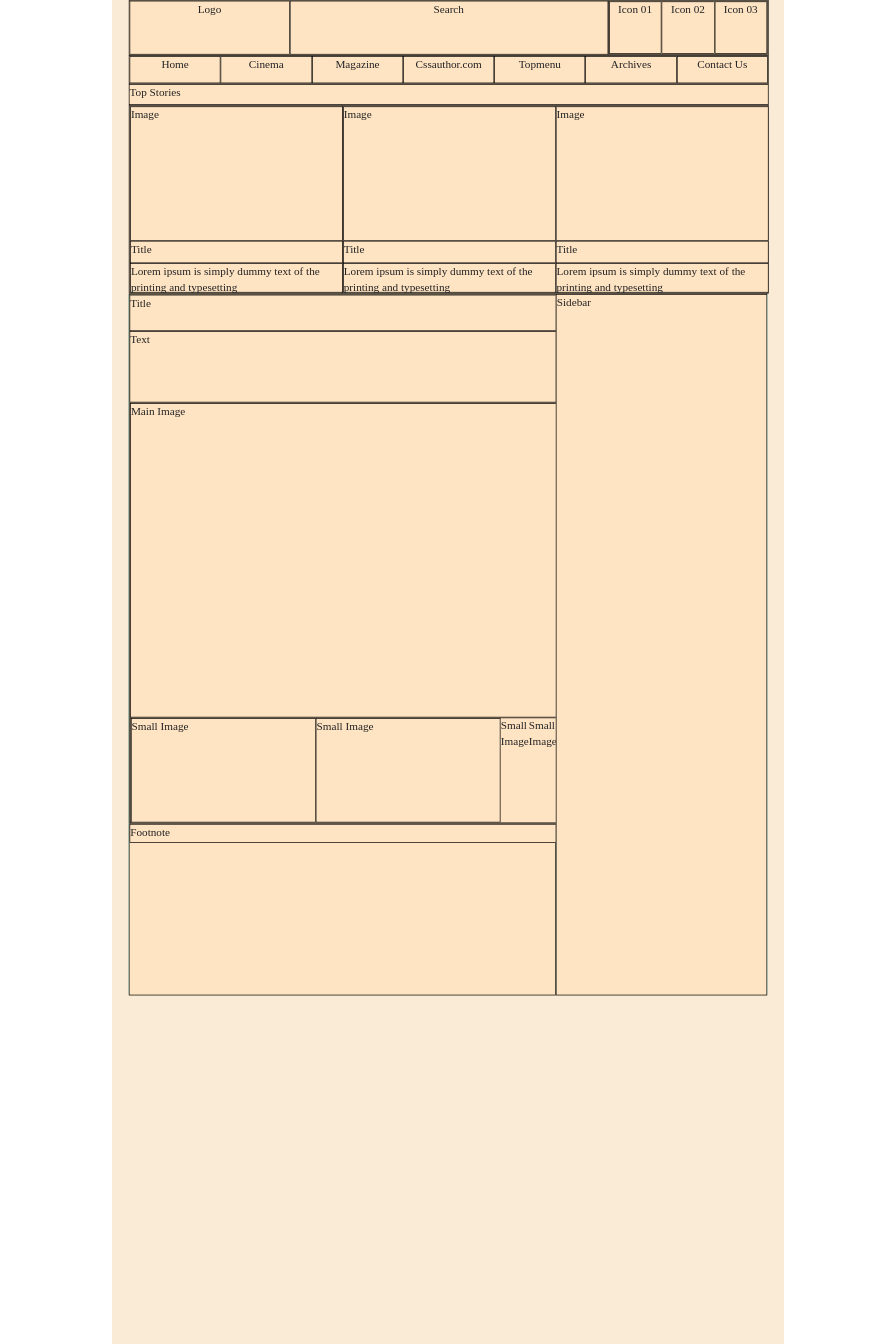
Repository: giovanabirck/cover-magazine-giovanabirck
Page: index.html
The author's editor kept a copy of each file at every save. The page is drawn from the files as they stood at one save, then again after a run of saves.
The browser window is 1280 px wide. The pictures show the part of the page from y = 0 to 1920 px (the page is 5000 px tall), at 70% of full size.

Above is the page before, as saved 2023-01-14 10:56:58.

### index.html
<!doctype html>
<html class="no-js" lang="">

<head>
  <meta charset="utf-8">
  <title></title>
  <meta name="description" content="">
  <meta name="viewport" content="width=device-width, initial-scale=1">

  <meta property="og:title" content="">
  <meta property="og:type" content="">
  <meta property="og:url" content="">
  <meta property="og:image" content="">

  <link rel="manifest" href="site.webmanifest">
  <link rel="apple-touch-icon" href="icon.png">
  <!-- Place favicon.ico in the root directory -->

  <link rel="stylesheet" href="css/normalize.css">
  <link rel="stylesheet" href="css/main.css">

  <meta name="theme-color" content="#fafafa">
</head>

<body>

  <div class="main-container">

    <div class="header">
      <div class="header-content">
        <div class="header-content-logo">Logo</div>
        <div class="header-content-search">Search</div>
        <div class="header-content-icons">
          <div class="header-content-icons-un">Icon 01</div>
          <div class="header-content-icons-un">Icon 02</div>
          <div class="header-content-icons-un">Icon 03</div>
        </div>
      </div>
      <div class="header-menu">
        <div class="header-menu-un">Home</div>
        <div class="header-menu-un">Cinema</div>
        <div class="header-menu-un">Magazine</div>
        <div class="header-menu-un">Cssauthor.com</div>
        <div class="header-menu-un">Topmenu</div>
        <div class="header-menu-un">Archives</div>
        <div class="header-menu-un">Contact Us</div>
      </div>
    </div>

    <div class="featured">
      <div class="featured-h1">Top Stories</div>
      <div class="featured-stories">
        <div class="featured-stories-un">
          <div class="featured-stories-un-image">Image</div>
          <div class="featured-stories-un-title">Title</div>
          <div class="featured-stories-un-text">Lorem ipsum is simply dummy text of the printing and typesetting</div>
        </div>
        <div class="featured-stories-un">
          <div class="featured-stories-un-image">Image</div>
          <div class="featured-stories-un-title">Title</div>
          <div class="featured-stories-un-text">Lorem ipsum is simply dummy text of the printing and typesetting</div>
        </div>
        <div class="featured-stories-un">
          <div class="featured-stories-un-image">Image</div>
          <div class="featured-stories-un-title">Title</div>
          <div class="featured-stories-un-text">Lorem ipsum is simply dummy text of the printing and typesetting</div>
        </div>
      </div>
    </div>

    <div class="main">
      <div class="main-content">
        <div class="main-content-title">Title</div>
        <div class="main-content-text">Text</div>
        <div class="main-content-image">
          <div class="main-content-image-large">Main Image</div>
          <div class="main-content-image-small">
            <div class="main-content-image-small-un">Small Image</div>
            <div class="main-content-image-small-un">Small Image</div>
            <div >Small Image</div>
            <div>Small Image</div>
          </div>
        </div>
        <div class="main-content-footnote">Footnote</div>
      </div>
      <div class="main-side">Sidebar</div>
    </div>

  </div>

  <script src="js/vendor/modernizr-3.11.2.min.js"></script>
  <script src="js/plugins.js"></script>
  <script src="js/main.js"></script>

  <!-- Google Analytics: change UA-XXXXX-Y to be your site's ID. -->
  <script>
    window.ga = function () { ga.q.push(arguments) }; ga.q = []; ga.l = +new Date;
    ga('create', 'UA-XXXXX-Y', 'auto'); ga('set', 'anonymizeIp', true); ga('set', 'transport', 'beacon'); ga('send', 'pageview')
  </script>
  <script src="https://www.google-analytics.com/analytics.js" async></script>
</body>

</html>

### css/main.css
/*! HTML5 Boilerplate v8.0.0 | MIT License | https://html5boilerplate.com/ */

/* main.css 2.1.0 | MIT License | https://github.com/h5bp/main.css#readme */
/*
 * What follows is the result of much research on cross-browser styling.
 * Credit left inline and big thanks to Nicolas Gallagher, Jonathan Neal,
 * Kroc Camen, and the H5BP dev community and team.
 */

/* ==========================================================================
   Base styles: opinionated defaults
   ========================================================================== */

html {
  color: #222;
  font-size: 1em;
  line-height: 1.4;
  margin: 0px 160px 0px 160px;
}

/*
 * Remove text-shadow in selection highlight:
 * https://twitter.com/miketaylr/status/12228805301
 *
 * Vendor-prefixed and regular ::selection selectors cannot be combined:
 * https://stackoverflow.com/a/16982510/7133471
 *
 * Customize the background color to match your design.
 */

::-moz-selection {
  background: #b3d4fc;
  text-shadow: none;
}

::selection {
  background: #b3d4fc;
  text-shadow: none;
}

/*
 * A better looking default horizontal rule
 */

hr {
  display: block;
  height: 1px;
  border: 0;
  border-top: 1px solid #ccc;
  margin: 1em 0;
  padding: 0;
}

/*
 * Remove the gap between audio, canvas, iframes,
 * images, videos and the bottom of their containers:
 * https://github.com/h5bp/html5-boilerplate/issues/440
 */

audio,
canvas,
iframe,
img,
svg,
video {
  vertical-align: middle;
}

/*
 * Remove default fieldset styles.
 */

fieldset {
  border: 0;
  margin: 0;
  padding: 0;
}

/*
 * Allow only vertical resizing of textareas.
 */

textarea {
  resize: vertical;
}

/* ==========================================================================
   Author's custom styles
   ========================================================================== */

/* ==========================================================================
   Helper classes
   ========================================================================== */

/*
 * Hide visually and from screen readers
 */

.hidden,
[hidden] {
  display: none !important;
}

/*
 * Hide only visually, but have it available for screen readers:
 * https://snook.ca/archives/html_and_css/hiding-content-for-accessibility
 *
 * 1. For long content, line feeds are not interpreted as spaces and small width
 *    causes content to wrap 1 word per line:
 *    https://medium.com/@jessebeach/beware-smushed-off-screen-accessible-text-5952a4c2cbfe
 */

.sr-only {
  border: 0;
  clip: rect(0, 0, 0, 0);
  height: 1px;
  margin: -1px;
  overflow: hidden;
  padding: 0;
  position: absolute;
  white-space: nowrap;
  width: 1px;
  /* 1 */
}

/*
 * Extends the .sr-only class to allow the element
 * to be focusable when navigated to via the keyboard:
 * https://www.drupal.org/node/897638
 */

.sr-only.focusable:active,
.sr-only.focusable:focus {
  clip: auto;
  height: auto;
  margin: 0;
  overflow: visible;
  position: static;
  white-space: inherit;
  width: auto;
}

/*
 * Hide visually and from screen readers, but maintain layout
 */

.invisible {
  visibility: hidden;
}

/*
 * Clearfix: contain floats
 *
 * For modern browsers
 * 1. The space content is one way to avoid an Opera bug when the
 *    `contenteditable` attribute is included anywhere else in the document.
 *    Otherwise it causes space to appear at the top and bottom of elements
 *    that receive the `clearfix` class.
 * 2. The use of `table` rather than `block` is only necessary if using
 *    `:before` to contain the top-margins of child elements.
 */

.clearfix::before,
.clearfix::after {
  content: " ";
  display: table;
}

.clearfix::after {
  clear: both;
}

/* ==========================================================================
   EXAMPLE Media Queries for Responsive Design.
   These examples override the primary ('mobile first') styles.
   Modify as content requires.
   ========================================================================== */

@media only screen and (min-width: 35em) {
  /* Style adjustments for viewports that meet the condition */
}

@media print,
  (-webkit-min-device-pixel-ratio: 1.25),
  (min-resolution: 1.25dppx),
  (min-resolution: 120dpi) {
  /* Style adjustments for high resolution devices */
}

/* ==========================================================================
   Print styles.
   Inlined to avoid the additional HTTP request:
   https://www.phpied.com/delay-loading-your-print-css/
   ========================================================================== */

@media print {
  *,
  *::before,
  *::after {
    background: #fff !important;
    color: #000 !important;
    /* Black prints faster */
    box-shadow: none !important;
    text-shadow: none !important;
  }

  a,
  a:visited {
    text-decoration: underline;
  }

  a[href]::after {
    content: " (" attr(href) ")";
  }

  abbr[title]::after {
    content: " (" attr(title) ")";
  }

  /*
   * Don't show links that are fragment identifiers,
   * or use the `javascript:` pseudo protocol
   */
  a[href^="#"]::after,
  a[href^="javascript:"]::after {
    content: "";
  }

  pre {
    white-space: pre-wrap !important;
  }

  pre,
  blockquote {
    border: 1px solid #999;
    page-break-inside: avoid;
  }

  /*
   * Printing Tables:
   * https://web.archive.org/web/20180815150934/http://css-discuss.incutio.com/wiki/Printing_Tables
   */
  thead {
    display: table-header-group;
  }

  tr,
  img {
    page-break-inside: avoid;
  }

  p,
  h2,
  h3 {
    orphans: 3;
    widows: 3;
  }

  h2,
  h3 {
    page-break-after: avoid;
  }
}

.main-container{
  background-color: antiquewhite;
  width: 100%;
  height: 5000px;
  display: flex;
  flex-direction: column;
  align-items: center;
}

.header {
  width: 95%;
  height: 120px;
  display: flex;
  flex-direction: column;
  justify-content: center;
}

.header-content{
  background-color: bisque;
  border: solid 1px black;
  width: 100%;
  height: 80px;
  display: flex;
}

.header-content-logo{
  background-color: bisque;
  border: solid 1px black;
  width: 33%;
  text-align: center;
}

.header-content-search{
  background-color: bisque;
  border: solid 1px black;
  width: 66%;
  text-align: center;
}

.header-content-icons{
  background-color: bisque;
  border: solid 1px black;
  width: 33%;
  text-align: center;
  display: flex;
}

.header-content-icons-un{
  background-color: bisque;
  border: solid 1px black;
  width: 100%;
  text-align: center;
}

.header-menu{
  background-color: bisque;
  border: solid 1px black;
  width: 100%;
  height: 40px;
  text-align: center;
  display: flex;
}

.header-menu-un{
  background-color: bisque;
  border: solid 1px black;
  width: 100%;
  text-align: center;
}

.featured{
  width: 95%;
  height: 300px;
  display: flex;
  flex-direction: column;
}

.featured-h1{
  background-color: bisque;
  border: solid 1px black;
  width: 100%;
  height: 40px;
}

.featured-stories{
  background-color: bisque;
  border: solid 1px black;
  width: 100%;
  height: 300px;
  display: flex;
}

.featured-stories-un{
  background-color: bisque;
  border: solid 1px black;
  width: 100%;
}

.featured-stories-un-image{
  background-color: bisque;
  border: solid 1px black;
  width: 100%;
  height: 190px;
}

.featured-stories-un-title{
  background-color: bisque;
  border: solid 1px black;
  width: 100%;
  height: 30px;
}

.featured-stories-un-text{
  background-color: bisque;
  border: solid 1px black;
  width: 100%;
  height: 40px;
}

.main{
  background-color: aqua;
  width: 95%;
  height: 1000px;
  display: flex;
}

.main-content{
  background-color: bisque;
  border: solid 1px black;
  width: 67%;
  height: 1000px;
  display: flex;
  flex-direction: column;
}

.main-content-title{
  background-color: bisque;
  border: solid 1px black;
  width: 100%;
  height: 50px;
}

.main-content-text{
  background-color: bisque;
  border: solid 1px black;
  width: 100%;
  height: 100px;
}

.main-content-image{
  background-color: bisque;
  border: solid 1px black;
  width: 100%;
  height: 600px;
  display: flex;
  flex-direction: column;
}

.main-content-image-large{
  background-color: bisque;
  border: solid 1px black;
  width: 100%;
  height: 450px;
}

.main-content-image-small{
  background-color: bisque;
  border: solid 1px black;
  width: 100%;
  height: 150px;
  display: flex;
}

.main-content-image-small-un{
  background-color: bisque;
  border: solid 1px black;
  width: 100%;
}

.main-content-footnote{
  background-color: bisque;
  border: solid 1px black;
  width: 100%;
  height: 25px;
}

.main-side{
  background-color: bisque;
  border: solid 1px black;
  width: 33%;
  height: 1000px;
  display: flex;
}

### js/plugins.js
// Avoid `console` errors in browsers that lack a console.
(function() {
  var method;
  var noop = function () {};
  var methods = [
    'assert', 'clear', 'count', 'debug', 'dir', 'dirxml', 'error',
    'exception', 'group', 'groupCollapsed', 'groupEnd', 'info', 'log',
    'markTimeline', 'profile', 'profileEnd', 'table', 'time', 'timeEnd',
    'timeline', 'timelineEnd', 'timeStamp', 'trace', 'warn'
  ];
  var length = methods.length;
  var console = (window.console = window.console || {});

  while (length--) {
    method = methods[length];

    // Only stub undefined methods.
    if (!console[method]) {
      console[method] = noop;
    }
  }
}());

// Place any jQuery/helper plugins in here.

Loaded but not shown: css/normalize.css (library); js/vendor/modernizr-3.11.2.min.js (library); js/main.js (no stored copy; drawn as an empty file)

After the next 2 saves:
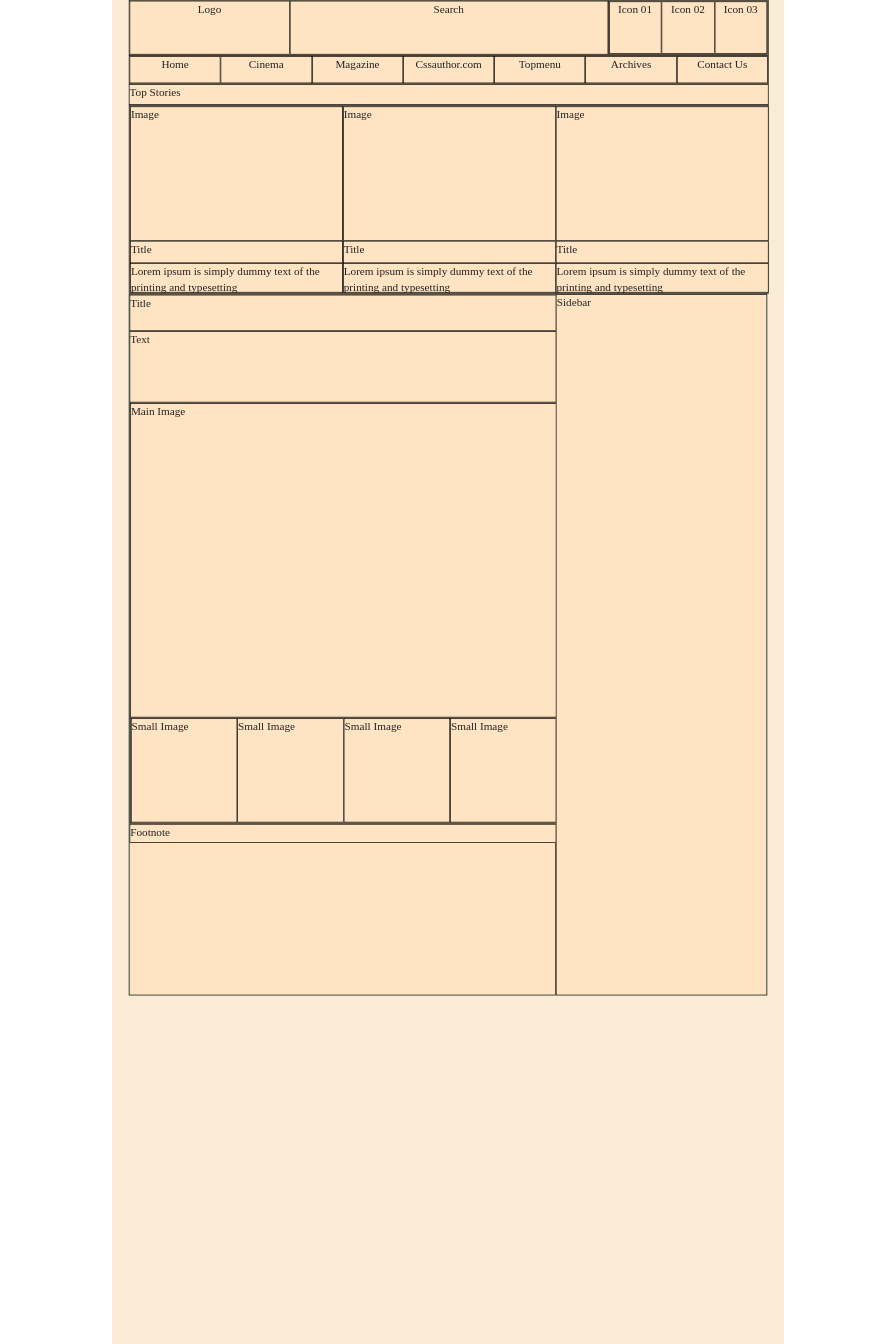
The 2 saves are shown as one change because they came seconds apart.
The last was saved 8 s later.
--- a/index.html
+++ b/index.html
@@ -77,8 +77,8 @@
           <div class="main-content-image-small">
             <div class="main-content-image-small-un">Small Image</div>
             <div class="main-content-image-small-un">Small Image</div>
-            <div >Small Image</div>
-            <div>Small Image</div>
+            <div class="main-content-image-small-un">Small Image</div>
+            <div class="main-content-image-small-un">Small Image</div>
           </div>
         </div>
         <div class="main-content-footnote">Footnote</div>
